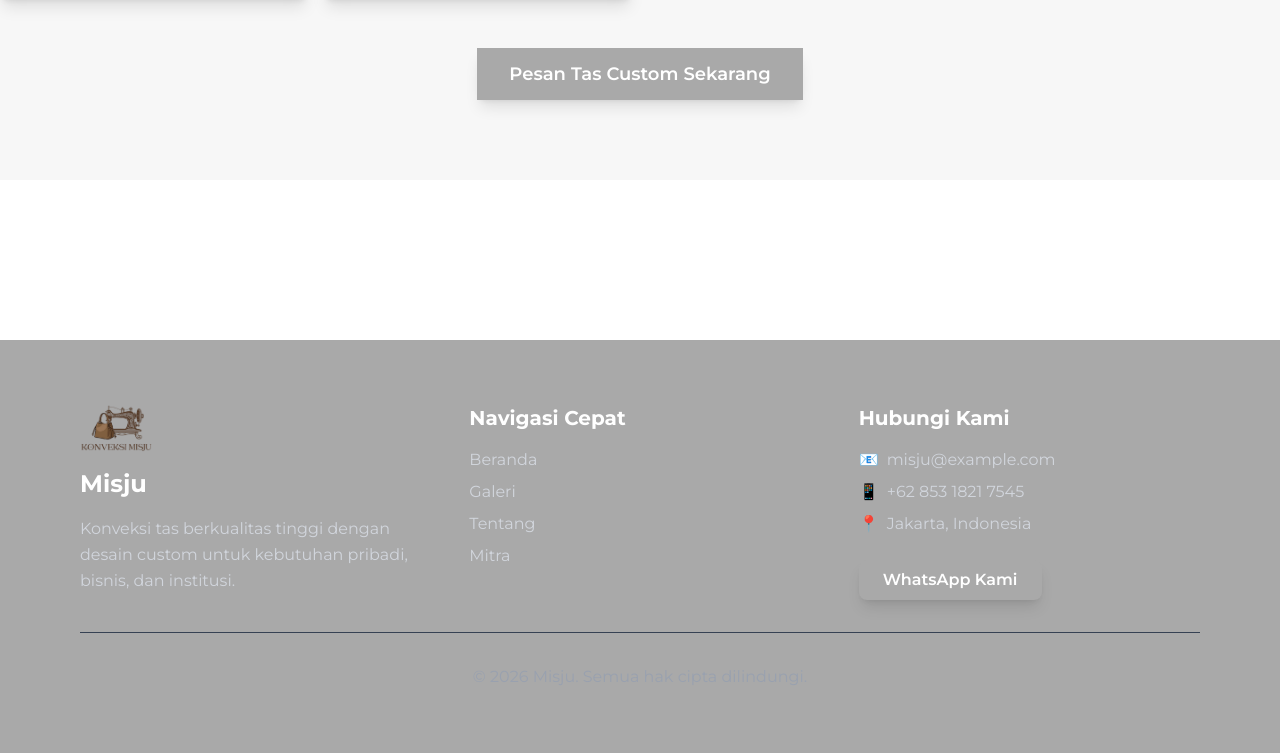
Repository: faridfirdaus-fred/konveksi_misju
Page: /
These files come from the project's save history. The page is drawn as it stood at one moment and after a run of saves; the edit follows.
The browser window is 1280 px wide. The pictures show the part of the page from y = 2695 to 3448 px (the page is 3448 px tall).
The project was rebuilt for these pictures with package versions that can differ from the ones it lists, and the page was loaded fresh each time. Also part of the build but not shown: vite.config.js.

Above is the page before, as saved 2026-01-09 21:25:18.

### index.html
<!doctype html>
<html lang="en">
  <head>
    <meta charset="UTF-8" />
    <link rel="icon" type="image/svg+xml" href="/vite.svg" />
    <meta name="viewport" content="width=device-width, initial-scale=1.0" />
    <link rel="preconnect" href="https://fonts.googleapis.com">
    <link rel="preconnect" href="https://fonts.gstatic.com" crossorigin>
    <link href="https://fonts.googleapis.com/css2?family=Montserrat:wght@300;400;500;600;700;800&display=swap" rel="stylesheet">
    <title>portfolio_misju</title>
  </head>
  <body>
    <div id="root"></div>
    <script type="module" src="/src/main.jsx"></script>
  </body>
</html>

### src/index.css
@import "tailwindcss";

@theme {
  --color-primary: #A9A9A9;
  --color-secondary: #F7F7F7;
}

### src/App.jsx
import './App.css'
import Navbar from './components/Navbar'
import Hero from './components/Hero'
import Partners from './components/Partners'
import Gallery from './components/Gallery'
import About from './components/About'
import Footer from './components/Footer'
import Hero_Bottom from './components/Hero_Bottom'

function App() {
  return (
    <div className="min-h-screen bg-gray-50">
      <Navbar />
      <Hero />
      <Partners />
      <Hero_Bottom />
      <Gallery />
      <About />
      <Footer />
    </div>
  )
}

export default App

### src/App.css
/* Custom styles for portfolio */
html {
  scroll-behavior: smooth;
}

body {
  font-family: "Montserrat", sans-serif;
  font-optical-sizing: auto;
}

### src/components/Navbar.jsx
import { useState } from 'react'
import logo from '../assets/logo.webp'

function Navbar() {
    const [isMobileMenuOpen, setIsMobileMenuOpen] = useState(false)

    const scrollToSection = (id) => {
        const element = document.getElementById(id)
        if (element) {
            element.scrollIntoView({ behavior: 'smooth' })
        }
        setIsMobileMenuOpen(false)
    }

    return (
        <nav className="fixed top-0 px-20 left-0 right-0 bg-secondary shadow-md z-50">
            <div className=" mx-auto">
                <div className="flex justify-between items-center h-16">
                    {/* Logo - Kiri */}
                    <div className="shrink-0">
                        <a href="#home" className="flex items-center">
                            <img src={logo} alt="MyPortfolio Logo" className="h-10 w-auto" />
                        </a>
                    </div>

                    {/* Navigation - Tengah (Desktop) */}
                    <div className="hidden md:flex space-x-8">
                        <button onClick={() => scrollToSection('home')} className="text-gray-700 hover:text-primary transition">
                            Beranda
                        </button>

                        <button onClick={() => scrollToSection('gallery')} className="text-gray-700 hover:text-primary transition">
                            Galeri
                        </button>
                        <button onClick={() => scrollToSection('about')} className="text-gray-700 hover:text-primary transition">
                            Tentang
                        </button>
                         <button onClick={() => scrollToSection('partners')} className="text-gray-700 hover:text-primary transition">
                            Mitra
                        </button>
                    </div>

                    {/* Contact Button - Kanan */}
                    <div className="hidden md:block">
                        <a
                            href="https://wa.me/6285318217545"
                            target="_blank"
                            rel="noopener noreferrer"
                            className="inline-block bg-primary text-white px-6 py-2 rounded-lg transition hover:bg-secondary hover:text-primary border-2 border-primary"
                        >
                            Hubungi Kami
                        </a>
                    </div>

                    {/* Mobile menu button */}
                    <div className="md:hidden">
                        <button
                            onClick={() => setIsMobileMenuOpen(!isMobileMenuOpen)}
                            className="text-gray-700 hover:text-blue-600"
                        >
                            <svg className="h-6 w-6" fill="none" viewBox="0 0 24 24" stroke="currentColor">
                                <path strokeLinecap="round" strokeLinejoin="round" strokeWidth={2} d={isMobileMenuOpen ? "M6 18L18 6M6 6l12 12" : "M4 6h16M4 12h16M4 18h16"} />
                            </svg>
                        </button>
                    </div>
                </div>
            </div>

            {/* Mobile menu */}
            {isMobileMenuOpen && (
                <div className="md:hidden bg-white border-t">
                    <div className="px-2 pt-2 pb-3 space-y-1">
                        <button onClick={() => scrollToSection('home')} className="block w-full text-left px-3 py-2 text-gray-700 hover:bg-gray-100">
                            Beranda
                        </button>
                        <button onClick={() => scrollToSection('partners')} className="block w-full text-left px-3 py-2 text-gray-700 hover:bg-gray-100">
                            Mitra
                        </button>
                        <button onClick={() => scrollToSection('gallery')} className="block w-full text-left px-3 py-2 text-gray-700 hover:bg-gray-100">
                            Galeri
                        </button>
                        <button onClick={() => scrollToSection('about')} className="block w-full text-left px-3 py-2 text-gray-700 hover:bg-gray-100">
                            Tentang
                        </button>
                        <a
                            href="https://wa.me/6285318217545"
                            target="_blank"
                            rel="noopener noreferrer"
                            className="block w-full text-center px-3 py-2 bg-primary text-secondary hover:bg-secondary hover:text-primary rounded"
                        >
                            Hubungi Kami
                        </a>
                    </div>
                </div>
            )}
        </nav>
    )
}

export default Navbar

### src/components/Hero.jsx
import hero from '../assets/hero.webp'

function Hero() {

  return (
    <section
      id="home"
      className="h-screen w-full flex items-center relative bg-cover bg-no-repeat bg-right md:bg-center"
      style={{
        backgroundImage: `url(${hero})`
      }}
    >
      {/* Overlay */}
      <div className="absolute inset-0 bg-black/40"></div>

      {/* Content */}
      <div className="relative z-10 w-11/12 mx-auto px-4">
        <div className="w-full md:w-6/12">
          <h1 className="text-3xl md:text-6xl font-bold text-white mb-4">
            Misju - Konveksi Tas Berkualitas
          </h1>
          <p className="text-base md:text-xl text-white/90 mb-6">
            Spesialis pembuatan tas custom untuk kebutuhan pribadi, bisnis, dan institusi. Kualitas terjamin dengan harga terjangkau.
          </p>
          <div className="flex flex-wrap gap-4">
            <a
              href="https://wa.me/6285318217545"
              target="_blank"
              rel="noopener noreferrer"
              className="bg-primary text-white px-6 py-3 rounded-lg text-lg font-semibold hover:bg-secondary hover:text-primary transition shadow-lg"
            >
              Hubungi Kami
            </a>
          </div>
        </div>
      </div>
    </section>
  )
}

export default Hero

### src/components/Partners.jsx
import tgif from '../assets/tgif.webp'
import namikita from '../assets/namikita.webp'

function Partners() {
  const partners = [
    {
      id: 1,
      name: 'TGI Friday\'s',
      logo: tgif,
      alt: 'TGI Friday\'s Logo'
    },
    {
      id: 2,
      name: 'Namikita',
      logo: namikita,
      alt: 'Namikita Logo'
    },
  ]

  return (
    <section id="partners" className="py-20 px-20 bg-white">
      <div className="w-full mx-auto">
        <div className="text-center mb-16">
          <h2 className="text-4xl font-bold text-gray-900 mb-4">
            Perusahaan yang Telah Bekerja Sama
          </h2>
          <p className="text-xl text-gray-600">
            Dipercaya oleh berbagai perusahaan terkemuka
          </p>
        </div>
        <div className="flex flex-wrap justify-center gap-8 md:gap-12">
          {partners.map((partner) => (
            <div key={partner.id} className="flex items-center justify-center rounded-lg hover:shadow-lg transition">
              <img
                src={partner.logo}
                alt={partner.alt}
                className="max-h-16 md:max-h-36 w-auto object-contain"
              />
            </div>
          ))}
        </div>
      </div>
    </section>
  )
}

export default Partners

### src/components/Gallery.jsx

function Gallery() {
  const galleryItems = [
    { id: 1, title: 'TAS CUSTOM PREMIUM', image: 'https://images.unsplash.com/photo-1553062407-98eeb64c6a62?w=800&q=80', description: 'Tas custom berkualitas tinggi dengan desain eksklusif' },
    { id: 2, title: 'BACKPACK PROFESIONAL', image: 'https://images.unsplash.com/photo-1622560480605-d83c853bc5c3?w=800&q=80', description: 'Backpack ergonomis untuk kebutuhan profesional' },
    { id: 3, title: 'TAS LAPTOP ELEGAN', image: 'https://images.unsplash.com/photo-1547949003-9792a18a2601?w=800&q=80', description: 'Tas laptop dengan desain modern dan praktis' },
    { id: 4, title: 'MESSENGER BAG STYLISH', image: 'https://images.unsplash.com/photo-1548036328-c9fa89d128fa?w=800&q=80', description: 'Tas selempang dengan gaya urban dan fungsional' },
    { id: 5, title: 'TRAVEL BAG MULTIFUNGSI', image: 'https://images.unsplash.com/photo-1581605405669-fcdf81165afa?w=800&q=80', description: 'Tas travel dengan banyak kompartemen' },
    { id: 6, title: 'TOTE BAG CASUAL', image: 'https://images.unsplash.com/photo-1590874103328-eac38a683ce7?w=800&q=80', description: 'Tas tote santai untuk aktivitas sehari-hari' },
  ]

  return (
    <section id="gallery" className="py-12 md:py-20 bg-secondary">
      <div className="w-full">
        {/* Header */}
        <div className="text-center mb-8 md:mb-12">
          <h2 className="text-3xl md:text-4xl font-bold text-gray-900 mb-3 md:mb-4">
            Galeri Produk Kami
          </h2>
          <p className="text-base md:text-xl text-gray-600">
            Koleksi tas berkualitas dengan berbagai model dan fungsi
          </p>
        </div>

        {/* Grid Gallery */}
        <div className="grid grid-cols-2 md:grid-cols-3 lg:grid-cols-4 gap-3 md:gap-4 mb-8 md:mb-12">
          {galleryItems.map((item) => (
            <div
              key={item.id}
              className="relative aspect-square overflow-hidden shadow-lg hover:shadow-2xl transition-all duration-300 cursor-pointer group"
            >
              {/* Image */}
              <img
                src={item.image}
                alt={item.title}
                className="w-full h-full object-cover group-hover:scale-110 transition-transform duration-500"
              />

              {/* Hover Effect */}
              <div className="absolute inset-0 bg-primary/0 group-hover:bg-primary/10 transition-all duration-300"></div>
            </div>
          ))}
        </div>

        {/* CTA Button */}
        <div className="text-center">
          <a
            href="https://wa.me/6285318217545"
            target="_blank"
            rel="noopener noreferrer"
            className="inline-block bg-primary text-white px-8 py-3 text-lg font-semibold hover:bg-gray-800 transition shadow-lg"
          >
            Pesan Tas Custom Sekarang
          </a>
        </div>
      </div>
    </section>
  )
}

export default Gallery

### src/components/About.jsx
function About() {
  return (
    <section id="about" className="py-20 px-4 bg-white ">
      <div className="max-w-7xl mx-auto">

      </div>
    </section>
  )
}

export default About

### src/components/Footer.jsx
import logo from '../assets/logo.webp'

function Footer() {
  const scrollToSection = (id) => {
    const element = document.getElementById(id)
    if (element) {
      element.scrollIntoView({ behavior: 'smooth' })
    }
  }

  return (
    <footer id="footer" className="bg-primary text-white py-12 md:py-16 px-4 md:px-8 lg:px-20">
      <div className="w-full mx-auto">
        <div className="grid grid-cols-1 md:grid-cols-3 gap-8 md:gap-12 mb-8">
          {/* About */}
          <div>
            <img src={logo} alt="Misju Logo" className="h-12 w-auto mb-4" />
            <h3 className="text-xl md:text-2xl font-bold mb-3 md:mb-4">Misju</h3>
            <p className="text-gray-300 text-sm md:text-base leading-relaxed">
              Konveksi tas berkualitas tinggi dengan desain custom untuk kebutuhan pribadi, bisnis, dan institusi.
            </p>
          </div>

          {/* Quick Links */}
          <div>
            <h3 className="text-lg md:text-xl font-bold mb-3 md:mb-4">Navigasi Cepat</h3>
            <ul className="space-y-2">
              <li>
                <button onClick={() => scrollToSection('home')} className="text-gray-300 hover:text-white transition text-sm md:text-base">
                  Beranda
                </button>
              </li>
              <li>
                <button onClick={() => scrollToSection('gallery')} className="text-gray-300 hover:text-white transition text-sm md:text-base">
                  Galeri
                </button>
              </li>
              <li>
                <button onClick={() => scrollToSection('about')} className="text-gray-300 hover:text-white transition text-sm md:text-base">
                  Tentang
                </button>
              </li>
              <li>
                <button onClick={() => scrollToSection('partners')} className="text-gray-300 hover:text-white transition text-sm md:text-base">
                  Mitra
                </button>
              </li>
            </ul>
          </div>

          {/* Contact */}
          <div>
            <h3 className="text-lg md:text-xl font-bold mb-3 md:mb-4">Hubungi Kami</h3>
            <ul className="space-y-2 text-gray-300 text-sm md:text-base">
              <li className="flex items-start gap-2">
                <span>📧</span>
                <span>misju@example.com</span>
              </li>
              <li className="flex items-start gap-2">
                <span>📱</span>
                <span>+62 853 1821 7545</span>
              </li>
              <li className="flex items-start gap-2">
                <span>📍</span>
                <span>Jakarta, Indonesia</span>
              </li>
            </ul>
            <div className="mt-6">
              <a
                href="https://wa.me/6285318217545"
                target="_blank"
                rel="noopener noreferrer"
                className="inline-block bg-primary text-white px-6 py-2 rounded-lg transition hover:bg-white hover:text-primary shadow-lg text-sm md:text-base font-semibold"
              >
                WhatsApp Kami
              </a>
            </div>
          </div>
        </div>

        <div className="border-t border-gray-700 pt-6 md:pt-8 text-center">
          <p className="text-gray-400 text-sm md:text-base">&copy; 2026 Misju. Semua hak cipta dilindungi.</p>
        </div>
      </div>
    </footer>
  )
}

export default Footer

### src/components/Hero_Bottom.jsx
import { useState } from 'react'

function Hero_Bottom() {
  const [currentSlide, setCurrentSlide] = useState(0)

  // Data untuk carousel
  const slides = [
    {
      id: 1,
      title: "CARRY THE DAY",
      caption: "Everything you need to make it through a day at the office, from your laptop to your gym clothes, and still look the part once you're off the clock.",
      image: "https://images.unsplash.com/photo-1553062407-98eeb64c6a62?w=800&q=80"
    },
    {
      id: 2,
      title: "URBAN EXPLORER",
      caption: "Navigate the city streets with style and comfort. Perfect companion for your daily adventures and weekend getaways.",
      image: "https://images.unsplash.com/photo-1622560480605-d83c853bc5c3?w=800&q=80"
    },
    {
      id: 3,
      title: "WORK & PLAY",
      caption: "Seamlessly transition from professional meetings to casual outings. Designed for the modern lifestyle.",
      image: "https://images.unsplash.com/photo-1547949003-9792a18a2601?w=800&q=80"
    }
  ]

  const nextSlide = () => {
    setCurrentSlide((prev) => (prev + 1) % slides.length)
  }

  const prevSlide = () => {
    setCurrentSlide((prev) => (prev - 1 + slides.length) % slides.length)
  }

  const goToSlide = (index) => {
    setCurrentSlide(index)
  }

  return (
    <section id="home" className="pt-12 pb-12 md:pt-24 md:pb-20 bg-secondary">
      <div className=" mx-auto ">
        {/* Mobile First Layout */}
        <div className="flex flex-col md:flex-row gap-6 md:gap-12 items-center">

          {/* Left Section - Caption (Mobile: bottom, Desktop: left) */}
          <div className="w-full pl-20 md:w-6/12 order-2 md:order-1 text-center md:text-left">
            <div className="max-w-md mx-auto md:mx-0">
              <h2 className="text-3xl md:text-4xl lg:text-5xl font-bold mb-4 md:mb-6">
                {slides[currentSlide].title}
              </h2>
              <p className="text-base md:text-lg text-gray-600 leading-relaxed">
                {slides[currentSlide].caption}
              </p>
            </div>
          </div>

          {/* Right Section - Image (Mobile: top, Desktop: right) */}
          <div className="w-full md:w-6/12 order-1 md:order-2 relative">
            <div className="relative aspect-square md:aspect-[4/3]  overflow-hidden shadow-xl">
              <img
                src={slides[currentSlide].image}
                alt={slides[currentSlide].title}
                className="w-full h-full object-cover transition-opacity duration-500"
              />

              {/* Desktop Navigation Buttons */}
              <button
                onClick={prevSlide}
                className="hidden md:flex absolute left-4 top-1/2 -translate-y-1/2 bg-white/90 hover:bg-white p-3 rounded-full shadow-lg transition-all duration-200 items-center justify-center group"
                aria-label="Previous slide"
              >
                <svg className="w-6 h-6 text-gray-800 group-hover:text-black" fill="none" stroke="currentColor" viewBox="0 0 24 24">
                  <path strokeLinecap="round" strokeLinejoin="round" strokeWidth={2} d="M15 19l-7-7 7-7" />
                </svg>
              </button>

              <button
                onClick={nextSlide}
                className="hidden md:flex absolute right-4 top-1/2 -translate-y-1/2 bg-white/90 hover:bg-white p-3 rounded-full shadow-lg transition-all duration-200 items-center justify-center group"
                aria-label="Next slide"
              >
                <svg className="w-6 h-6 text-gray-800 group-hover:text-black" fill="none" stroke="currentColor" viewBox="0 0 24 24">
                  <path strokeLinecap="round" strokeLinejoin="round" strokeWidth={2} d="M9 5l7 7-7 7" />
                </svg>
              </button>
            </div>

            {/* Mobile Dot Navigation */}
            <div className="flex md:hidden justify-center gap-2 mt-6">
              {slides.map((_, index) => (
                <button
                  key={index}
                  onClick={() => goToSlide(index)}
                  className={`w-3 h-3 rounded-full transition-all duration-300 ${
                    currentSlide === index
                      ? 'bg-gray-800 w-8'
                      : 'bg-gray-300 hover:bg-gray-400'
                  }`}
                  aria-label={`Go to slide ${index + 1}`}
                />
              ))}
            </div>
          </div>

        </div>

        {/* Desktop Dot Indicators (optional - below content) */}
        <div className="hidden md:flex justify-center gap-2 mt-8">
          {slides.map((_, index) => (
            <button
              key={index}
              onClick={() => goToSlide(index)}
              className={`w-2.5 h-2.5 rounded-full transition-all duration-300 ${
                currentSlide === index
                  ? 'bg-gray-800 w-8'
                  : 'bg-gray-300 hover:bg-gray-400'
              }`}
              aria-label={`Go to slide ${index + 1}`}
            />
          ))}
        </div>
      </div>
    </section>
  )
}

export default Hero_Bottom

Loaded but not shown: src/main.jsx (common file)

After the next 2 saves:
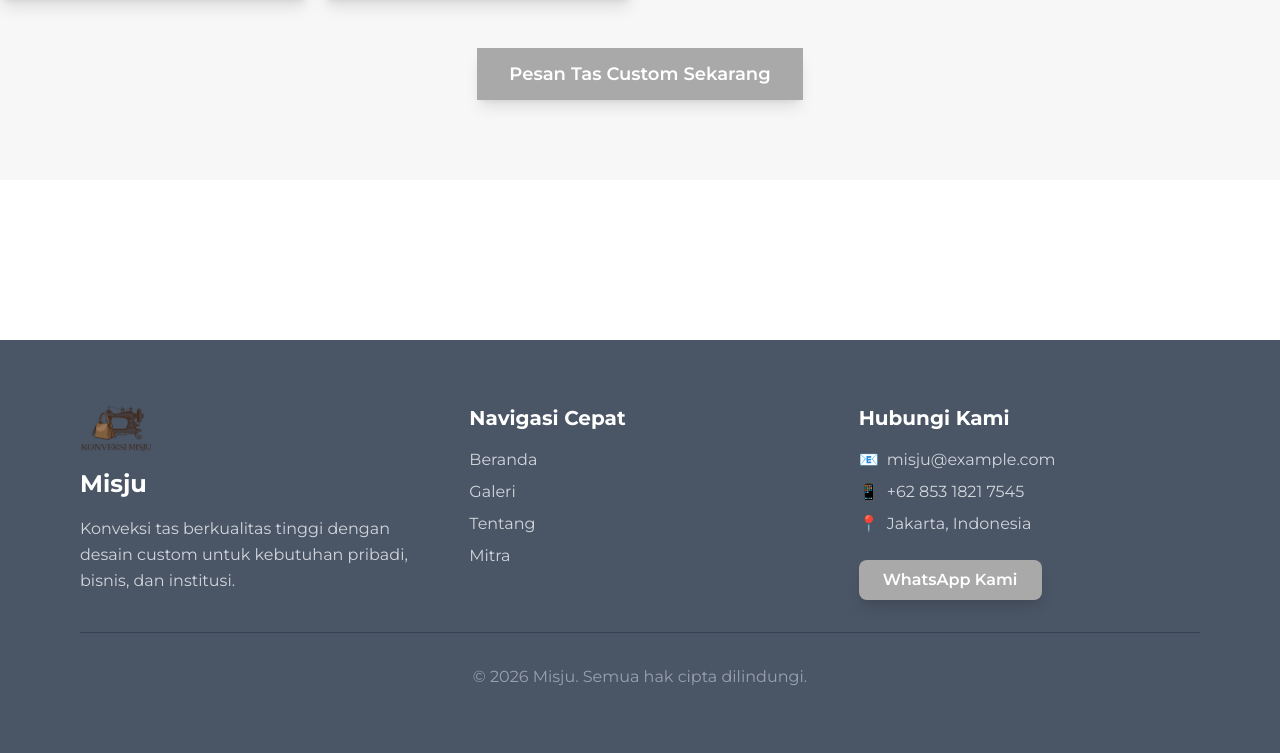
The 2 saves are shown as one change because they came seconds apart.
The last was saved 38 s later.
--- a/src/components/Footer.jsx
+++ b/src/components/Footer.jsx
@@ -9,7 +9,7 @@
   }
 
   return (
-    <footer id="footer" className="bg-primary text-white py-12 md:py-16 px-4 md:px-8 lg:px-20">
+    <footer id="footer" className="bg-gray-600 text-white py-12 md:py-16 px-4 md:px-8 lg:px-20">
       <div className="w-full mx-auto">
         <div className="grid grid-cols-1 md:grid-cols-3 gap-8 md:gap-12 mb-8">
           {/* About */}
